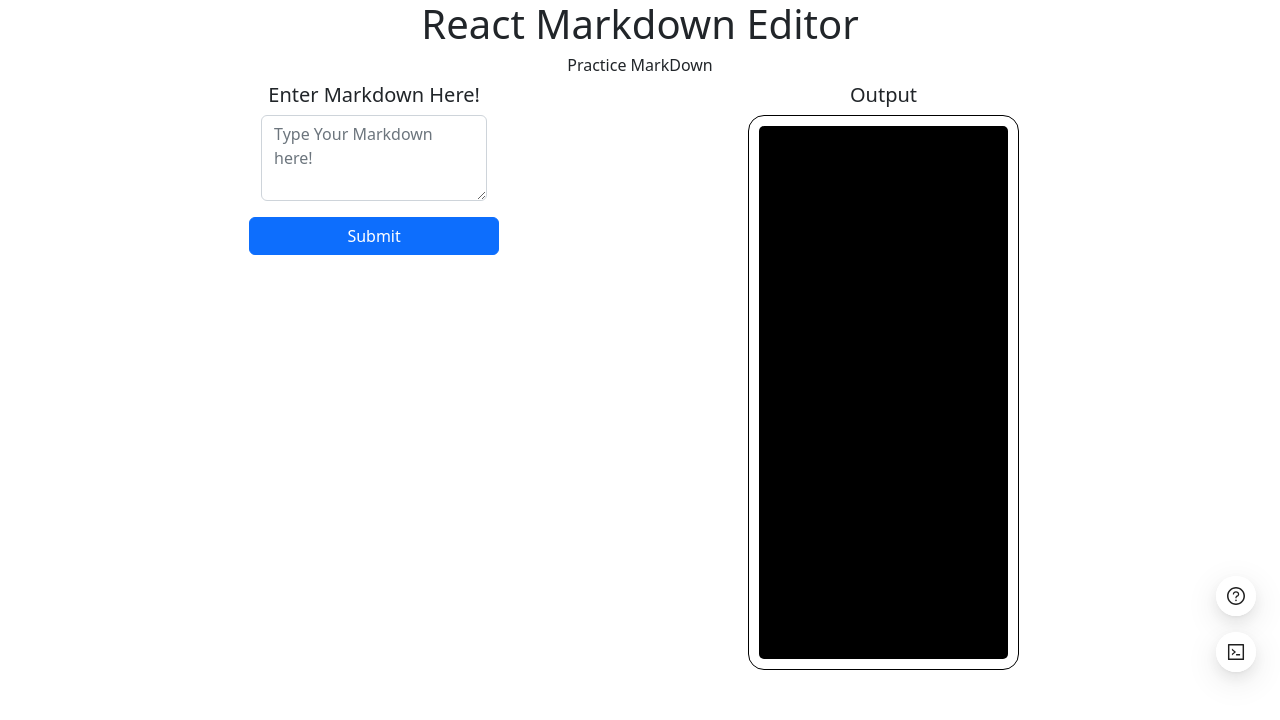
Repository: devkthines/md-editor
Page: /
The author's editor kept a copy of each file at every save. The page is drawn from the files as they stood at one save, then again after a run of saves.
The browser window is 1280 px wide. The pictures show the whole page.
The project was rebuilt for these pictures with package versions that can differ from the ones it lists, and the page was loaded fresh each time. Also part of the build but not shown: src/pages/preview.js, src/components/navbar.js, src/pages/home.js.

Above is the page before, as saved 2023-12-06 21:51:17.

### src/App.js
import Preview from './pages/preview';
import Editor from './pages/editor';
import NavBar from './components/navbar';
import { BrowserRouter, Routes, Route } from "react-router-dom";
import About from './pages/home';
import 'bootstrap/dist/css/bootstrap.min.css';
import './styles/style.css'
function App() {
  return (
    <BrowserRouter>
    {/* <NavBar/> */}
      <Routes>
    {/* <Route path='/edit' element={<Editor/>}/> */}
    <Route index  element={<Editor/>}/>
    {/* <Route path='/about' element={<About/>}/> */}

      </Routes>
    </BrowserRouter>

  );
}

export default App;

### src/pages/editor.js
import { useState, useEffect } from 'react';
import { marked } from 'marked';
import Button from 'react-bootstrap/Button';
import Form from 'react-bootstrap/Form';
import Row from 'react-bootstrap/Row';
import Col from 'react-bootstrap/Col';
import { QuestionCircleOutlined, CodeOutlined } from '@ant-design/icons';
import { FloatButton,Modal  } from 'antd';

const App = () => {
    const [isModalOpen, setIsModalOpen] = useState(false);
    const showModal = () => {
      setIsModalOpen(true);
    };
    const handleOk = () => {
      setIsModalOpen(false);
    };
    const handleCancel = () => {
      setIsModalOpen(false);
    };

    // Modal Two Example
    const [isModalTwoOpen, setIsModalTwoOpen] = useState(false);
    const showModalTwo = () => {
      setIsModalOpen(true);
    };
    const handleOkTwo = () => {
      setIsModalOpen(false);
    };
    const handleCancelTwo = () => {
      setIsModalOpen(false);
    };
return ( <>
    <FloatButton.Group
      shape="circle"
      style={{
        right: 24,
      }}
    >
      <FloatButton icon={<QuestionCircleOutlined />} onClick={showModal}/>

      <FloatButton icon={<CodeOutlined />} onClick={showModalTwo}/>
    </FloatButton.Group>
    <Modal title="Basic Modal" open={isModalOpen} onOk={handleOk} onCancel={handleCancel}>
        <p>Some contents...</p>
        <p>Some contents...</p>
        <p>Some contents...</p>
    </Modal>
    <Modal title="Basic Modal" open={isModalTwoOpen} onOk={handleOkTwo} onCancel={handleCancelTwo}>
        <p>Some contents...</p>
        <p>Some contents...</p>
        <p>Some contents...</p>
      </Modal>
    </>
)};


export default function Editor() {
    const [edit, SetEdit] = useState('');
    const [preview, setPreview] = useState('');
    const seePreview = (e) => {
        e.preventDefault();
        console.log(edit);
        setPreview(edit);
        SetEdit('');

    }

    return (<>
    <div className='text-center'>
        <h1>React Markdown Editor</h1>

    <h6>Practice MarkDown</h6>
        <div className='d-flex justify-content-evenly'>
            <App/>
            <Form>
                <Row>
                    <Form.Group as={Col} className="mb-3" controlId="formBasicPassword">
                    <h5>Enter Markdown Here!</h5>
                    <Form.Control value={edit} onChange={(e) => {
                        setPreview('');
                        SetEdit(e.target.value);

                    }} name="edit" id="editor" as='textarea' placeholder="Type Your Markdown here!" rows={3} />
                    </Form.Group>
                </Row>
                <Row>
                    <Button as={Col} disabled={!edit} onClick={seePreview} variant="primary" type="submit">
                    Submit
                </Button>
                </Row>
            </Form>
            <Row>
            <Col>
                <h5>Output</h5>
                <div id="mdEdView" dangerouslySetInnerHTML={{ __html: marked.parse(preview) }}></div>
            </Col>
            </Row>
       </div>
       </div>
       </>
    )
}

### src/styles/style.css
* {
    margin: 0;
    padding: 0;
    box-sizing: border-box;
}

#mdEdView {
    width: 270.71999999999997px;
    height: 554.88px;
    background-color: black;
    background-clip: content-box;
    padding: 10px;
    border: 1px solid black;
    border-radius: 1rem;
    color: white;
}
#

Loaded but not shown: public/index.html (common file); src/index.js (common file); src/index.css (common file); src/reportWebVitals.js (common file)

After the next 2 saves:
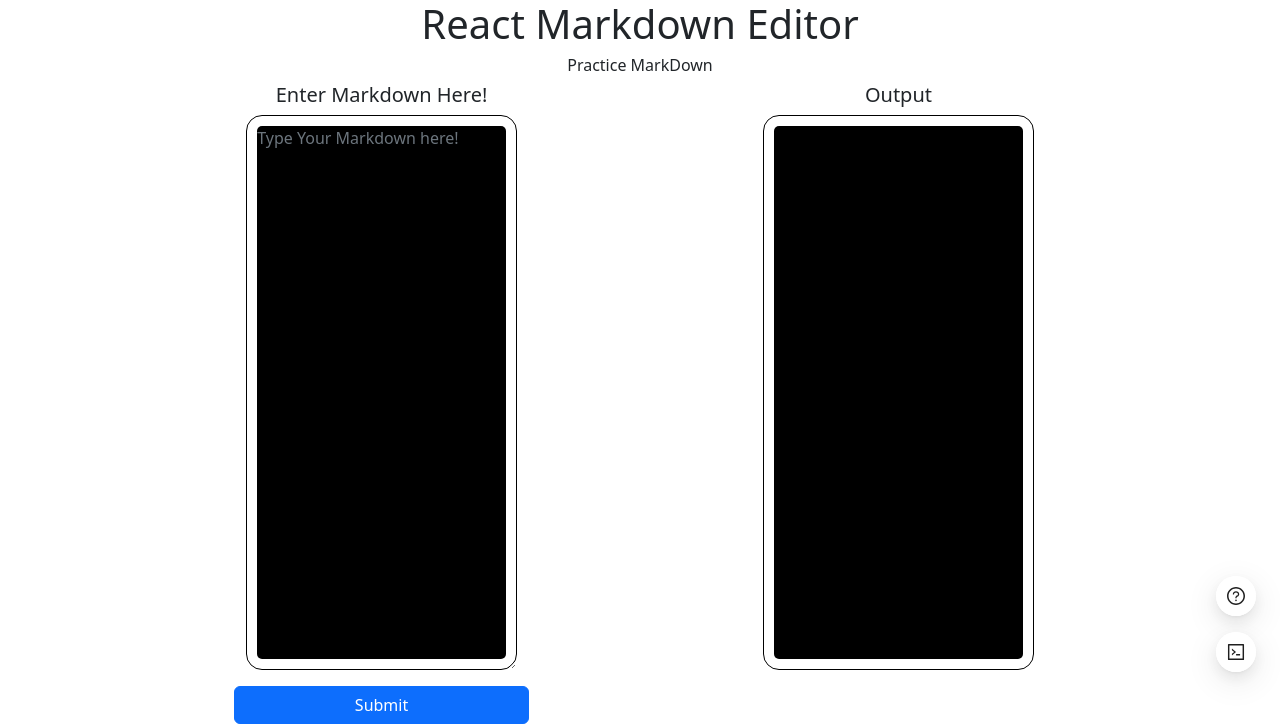
The 2 saves are shown as one change because they came seconds apart.
The last was saved 9 s later.
--- a/src/styles/style.css
+++ b/src/styles/style.css
@@ -4,7 +4,7 @@
     box-sizing: border-box;
 }
 
-#mdEdView {
+#editor,#mdEdView {
     width: 270.71999999999997px;
     height: 554.88px;
     background-color: black;
@@ -14,4 +14,3 @@
     border-radius: 1rem;
     color: white;
 }
-#
